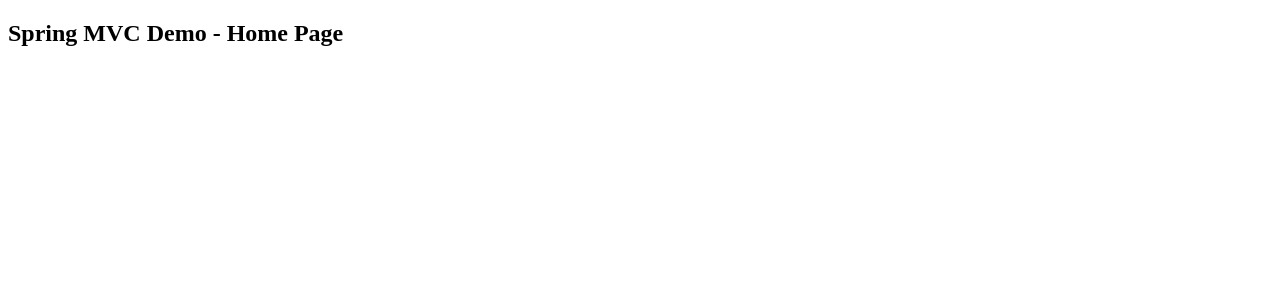
Repository: sarthakvengurlekar/Java-Files
Page: http://localhost/spring-mvc-demo/
The author's editor kept a copy of each file at every save. The page is drawn from the files as they stood at one save, then again after the next save.
The browser window is 1280 px wide. The pictures show the whole page.
The page is served by Tomcat 9. Other server files are loaded and not shown.

Above is the page before, as saved 2023-03-07 01:07:40.

### spring-mvc-demo/WebContent/WEB-INF/view/main-menu.jsp
<!DOCTYPE html>
<html>

<body>

<h2>Spring MVC Demo - Home Page</h2>

</body>

</html>

After the next save:
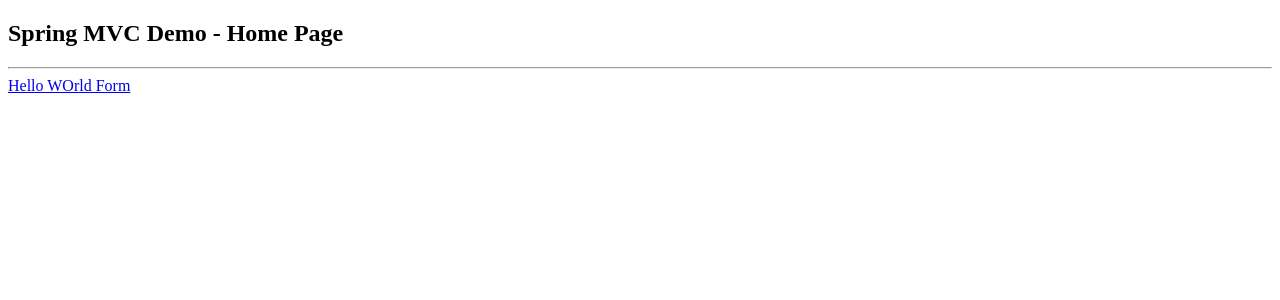
Saved 4 min 57 s later.
--- a/spring-mvc-demo/WebContent/WEB-INF/view/main-menu.jsp
+++ b/spring-mvc-demo/WebContent/WEB-INF/view/main-menu.jsp
@@ -5,6 +5,10 @@
 
 <h2>Spring MVC Demo - Home Page</h2>
 
+<hr>
+
+<a href="showForm">Hello WOrld Form</a>
+
 </body>
 
 </html>
